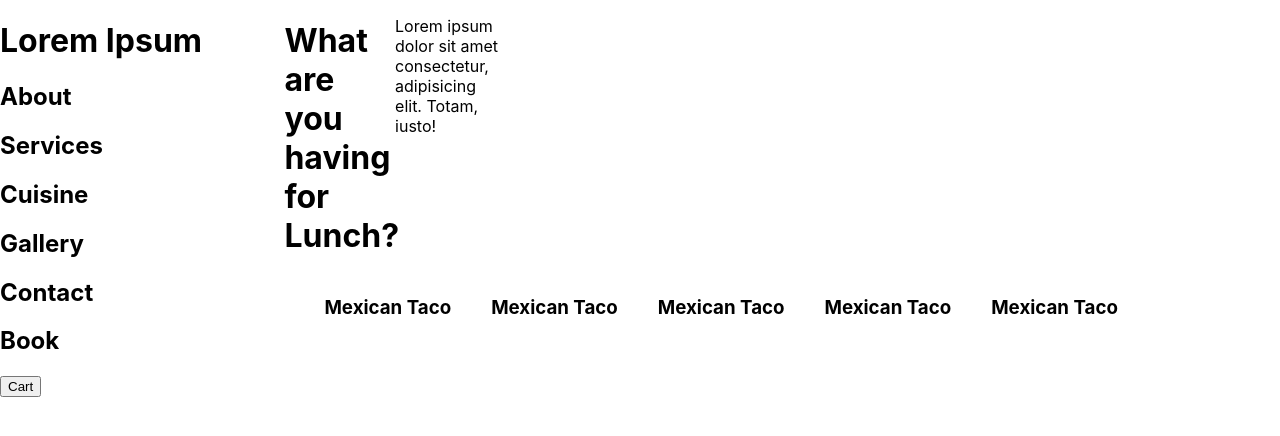
Repository: Marlstergo/assignment2
Page: /
The author's editor kept a copy of each file at every save. The page is drawn from the files as they stood at one save, then again after the next save.
The browser window is 1280 px wide. The pictures show the whole page.
The project was rebuilt for these pictures with package versions that can differ from the ones it lists, and the page was loaded fresh each time.

Above is the page before, as saved 2021-07-27 01:56:22.

After the next save:
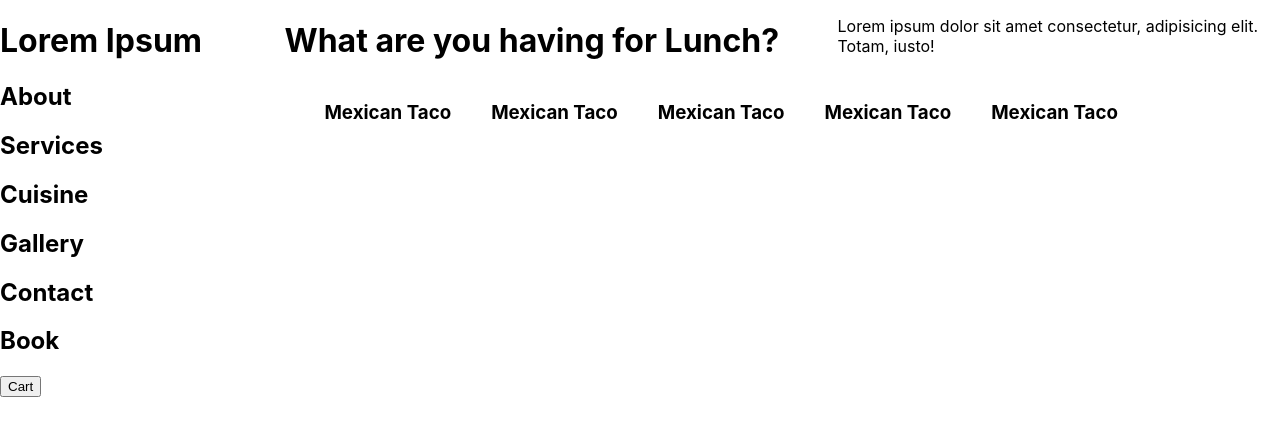
Saved 4 s later.
--- a/src/App.js
+++ b/src/App.js
@@ -33,10 +33,10 @@ function App() {
         </div>
         <div className="main-view">
           <div className="hero">
-            <div className="">
+            <div className="title">
               <h1 className="">What are you having for Lunch?</h1>
             </div>
-            <div className="">
+            <div className="paragraph">
               <p className="">
                 Lorem ipsum dolor sit amet consectetur, adipisicing elit. Totam, iusto!
               </p>
